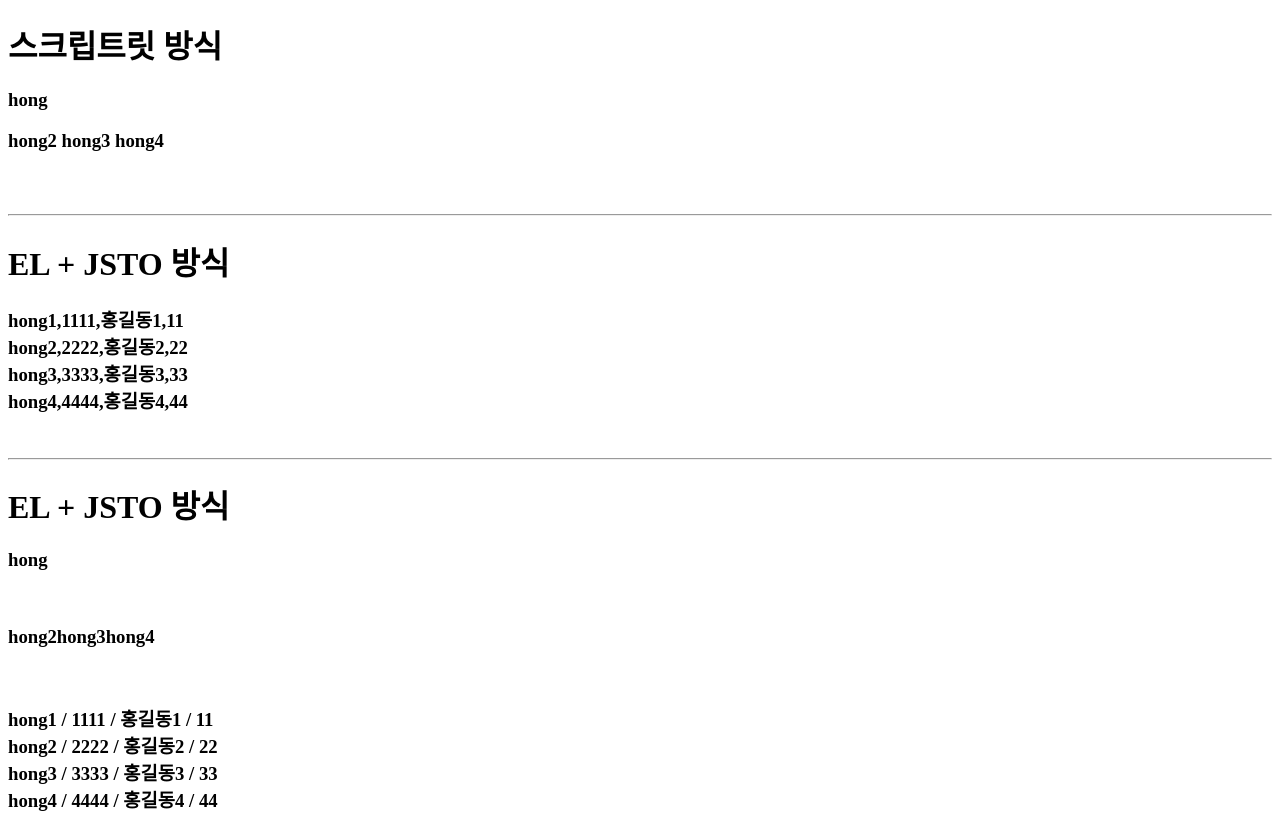
Repository: siucrystal/siuproject
Page: http://localhost/myweb/memberListJstl.jsp
An editor plug-in stored every save of this project. The page is shown before and after the next save, followed by the edit.
The browser window is 1280 px wide. The pictures show the whole page.
The page is served by Tomcat 9.

Above is the page before, as saved 2023-09-20 06:51:28.

After the next save:
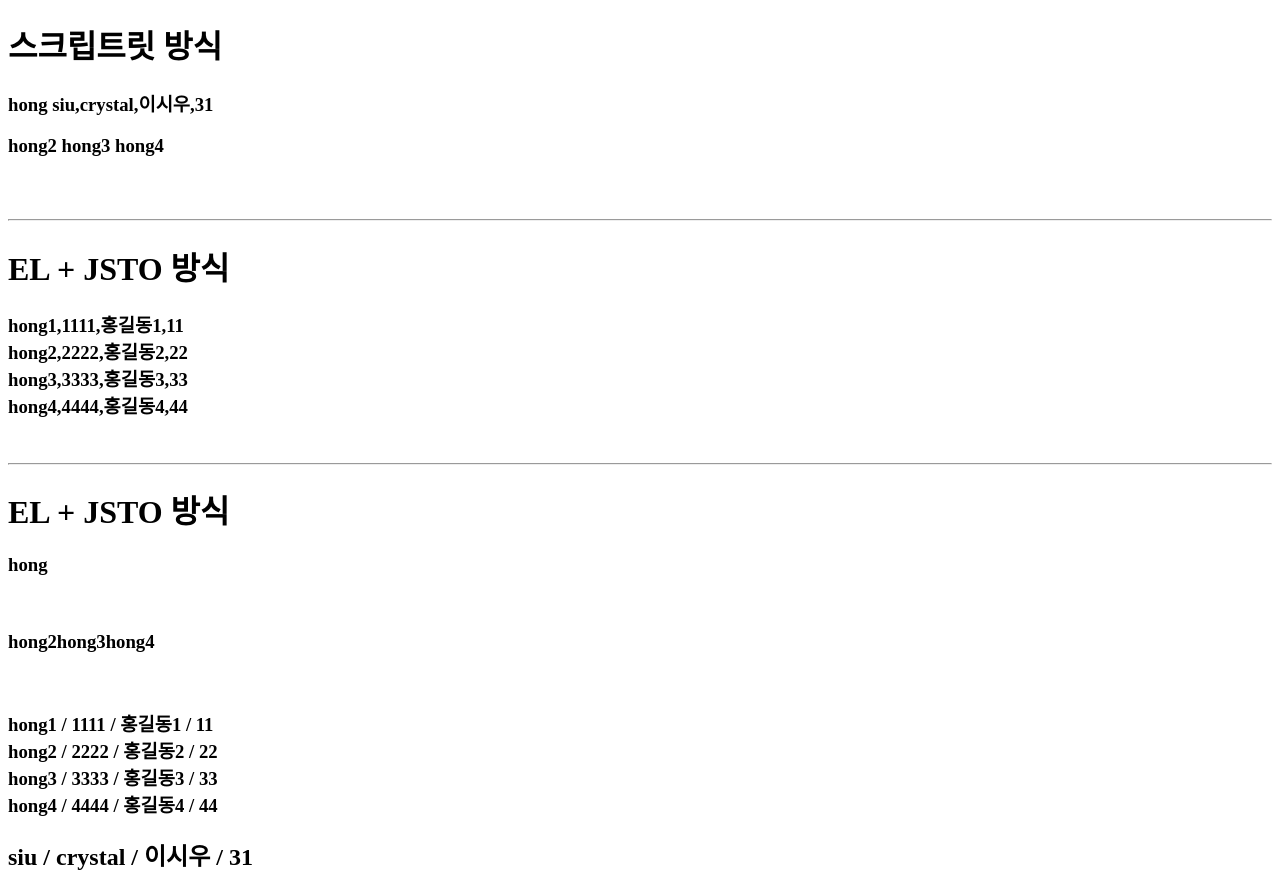
Saved 3 min 29 s later.
--- a/jspws/myweb/src/main/webapp/memberListViewJstl.jsp
+++ b/jspws/myweb/src/main/webapp/memberListViewJstl.jsp
@@ -15,10 +15,13 @@
 <%
 	String name = (String)request.getAttribute("name");
 %>
+<%=name %>
 <%
-	MemberDTO member = (MemberDTO)request.getAttribute("member");
+	MemberDTO m = (MemberDTO)request.getAttribute("member");
 %>
-<%=name %>
+<%if(m !=null){ %>
+<%=m.getId() %>,<%=m.getPw() %>,<%=m.getName() %>,<%=m.getAge() %><br>
+<%} %>
 </h3>
 <h3>
 <%
@@ -59,6 +62,8 @@ ${dto.id} / ${dto.pw} / ${dto.name} / ${dto.age} <br>
 </h3>
 
 
-<c:if test=""></c:if>
+<c:if test="${member != null}">
+<h2>${member.id} / ${member.pw} / ${member.name} / ${member.age}</h2>
+</c:if>
 </body>
 </html>
